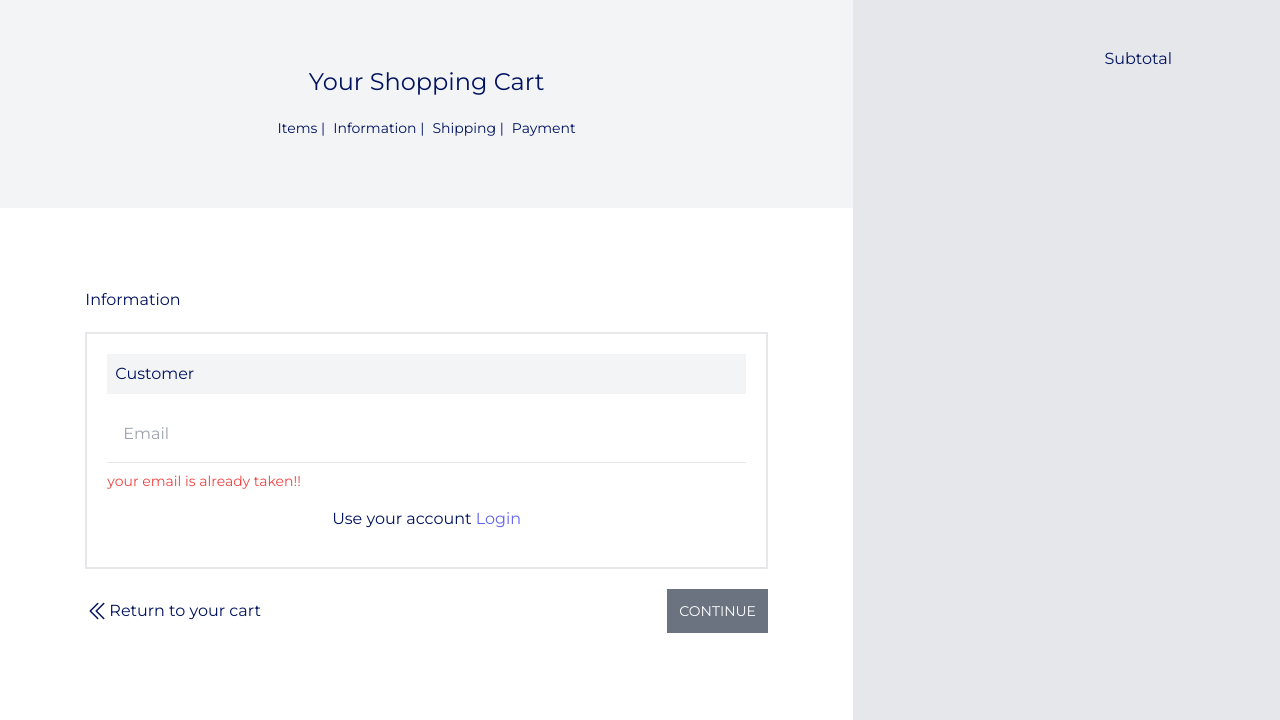
Repository: hsumyatm7308/ecommerce-small-shopping
Page: http://localhost/informationpage.php
The author's editor kept a copy of each file at every save. The page is drawn from the files as they stood at one save, then again after the next save.
The browser window is 1280 px wide. The pictures show the whole page.
Some web libraries are served in a nearby version. The page is run by PHP 8.4 with error messages shown; the project is at /var/www/html/. Queries for data that is not in the repository find no rows.

Above is the page before, as saved 2023-08-27 19:23:44.

After the next save:
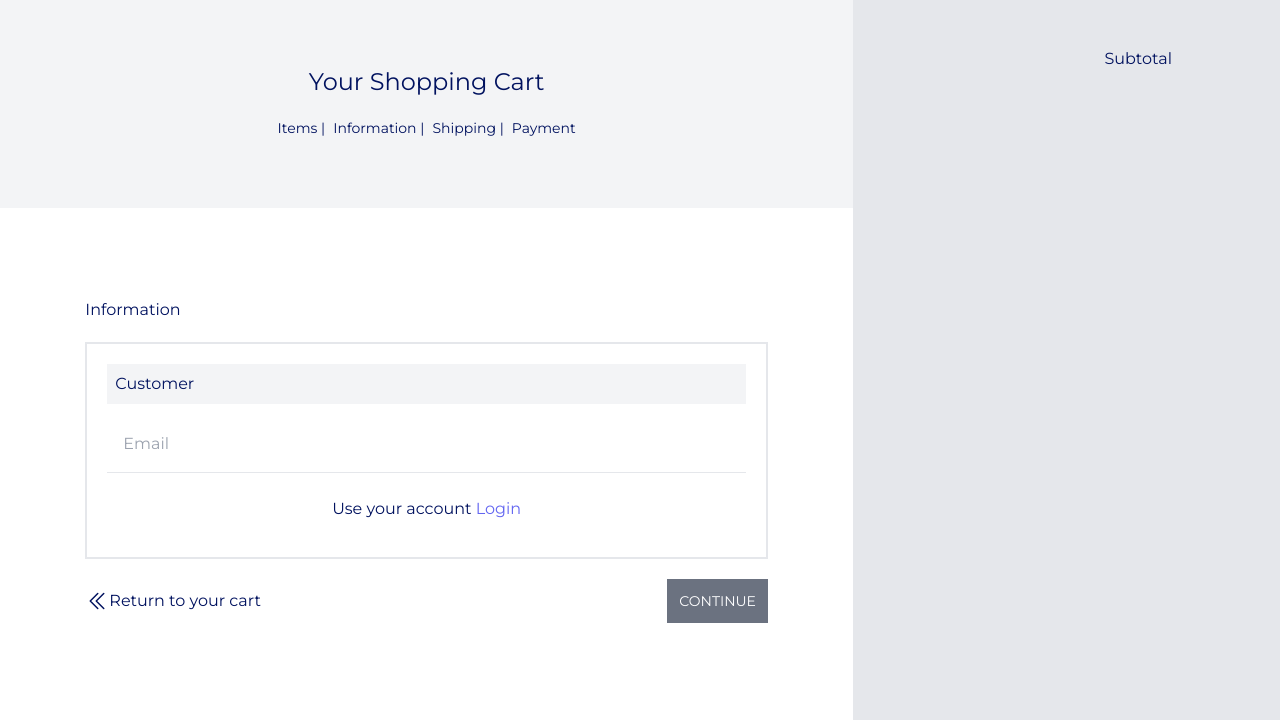
Saved 8 s later.
--- a/shop/informationpage.php
+++ b/shop/informationpage.php
@@ -92,7 +92,7 @@ try {
                                             class="w-full focus:outline-none p-4 val" placeholder="Email">
                                     </div>
 
-                                    <span  class="text-sm text-red-500 valid">your email is already taken!!</span>
+                                    <span  class="text-sm text-red-500 valid hidden">your email is already taken!!</span>
 
                                     <div class="w-full">
 
